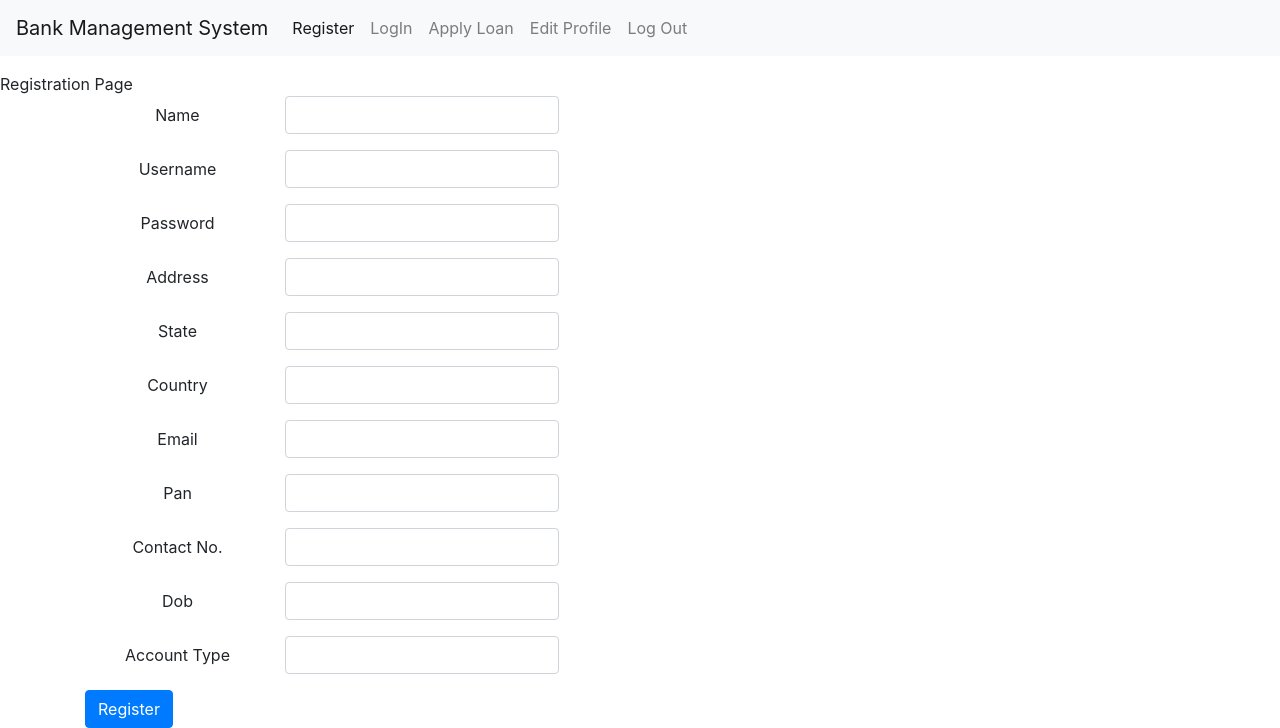
Repository: Nilkumar-Sharma/Bank-Management-System-Frontend-React
Page: /register
These files come from the project's save history. The page is drawn as it stood at one moment and after the next save; the edit follows.
The browser window is 1280 px wide. The pictures show the whole page.
The project was rebuilt for these pictures with package versions that can differ from the ones it lists, and the page was loaded fresh each time. Also part of the build but not shown: src/App.css, src/Counter/Counter.js, src/App.js, src/components/Register/Register.module.scss, src/components/LogIn/LogIn.module.scss, src/components/LogIn/LogIn.js, src/components/Loan/Loan.module.scss, src/components/Loan/Loan.js and 3 more.

Above is the page before, as saved 2020-07-28 22:37:53.

After the next save:
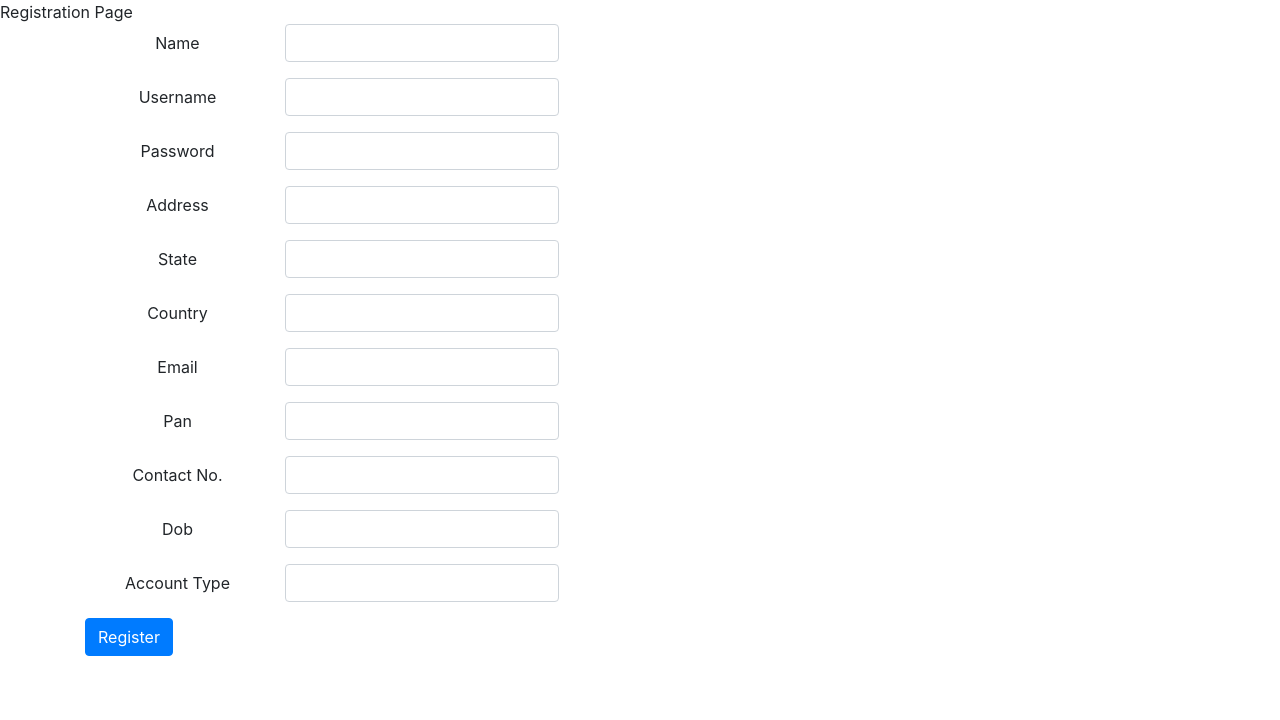
Saved 11 s later.
--- a/src/index.js
+++ b/src/index.js
@@ -48,43 +48,7 @@ ReactDOM.render(
             </li>
           </ul>
         </nav> */}
-        <nav className="navbar navbar-expand-lg navbar-light bg-light mb-3">
-          <a className="navbar-brand" href="#">Bank Management System</a>
-          <button className="navbar-toggler" type="button" data-toggle="collapse" data-target="#navbarTogglerDemo02" aria-controls="navbarTogglerDemo02" aria-expanded="false" aria-label="Toggle navigation">
-            <span className="navbar-toggler-icon"></span>
-          </button>
 
-          <div className="collapse navbar-collapse" id="navbarTogglerDemo02">
-            <ul className="navbar-nav mr-auto mt-2 mt-lg-0">
-              <li className="nav-item active">
-                <Link className="nav-link" to="/register">Register</Link>
-
-                {/* <a className="nav-link" href="#">Home <span className="sr-only">(current)</span></a> */}
-              </li>
-              <li className="nav-item">
-                {/* <a className="nav-link" href="#">Link</a> */}
-                <Link className="nav-link" to="/login">LogIn</Link>
-              </li>
-              <li className="nav-item">
-                {/* <a className="nav-link" href="#">Disabled</a> */}
-                <Link className="nav-link" to="/loan">Apply Loan</Link>
-              </li>
-
-              <li className="nav-item">
-                <Link className="nav-link" to="/edit">Edit Profile</Link>
-
-              </li>
-              <li className="nav-item">
-                <Link className="nav-link" to="/logout">Log Out</Link>
-
-              </li>
-            </ul>
-            {/* <form className="form-inline my-2 my-lg-0"> */}
-              {/* <input className="form-control mr-sm-2" type="search" placeholder="Search"> */}
-                {/* <button className="btn btn-outline-success my-2 my-sm-0" type="submit">Search</button> */}
-    {/* </form> */}
-  </div>
-</nav>
 
       {/* A <Switch> looks through its children <Route>s and
             renders the first one that matches the current URL. */}
